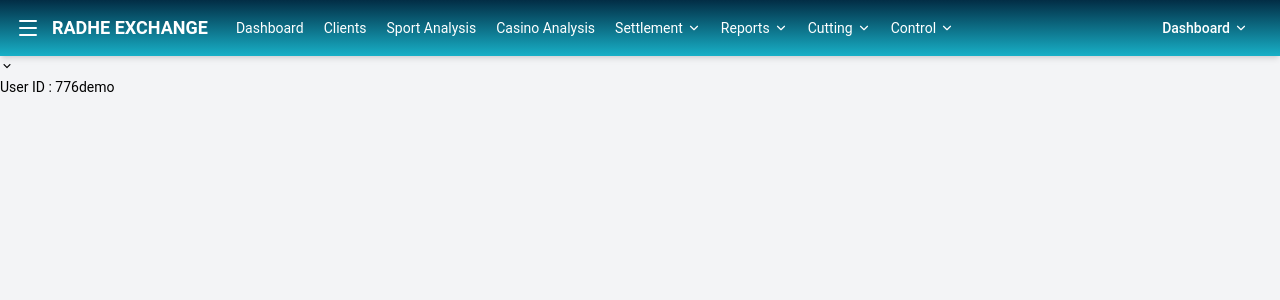
Repository: Habeebur1493/Radhe-Exchange
Page: /dashboard (app in frontend/)
An editor plug-in stored every save of this project. The page is shown before and after the next save, followed by the edit.
The browser window is 1280 px wide. The pictures show the whole page.
Some web libraries are served in a nearby version. The project was rebuilt for these pictures with package versions that can differ from the ones it lists, and the page was loaded fresh each time. Also part of the build but not shown: frontend/vite.config.js, frontend/src/components/login.jsx, frontend/src/components/Register.jsx.

Above is the page before, as saved 2025-03-03 18:15:19.

After the next save:
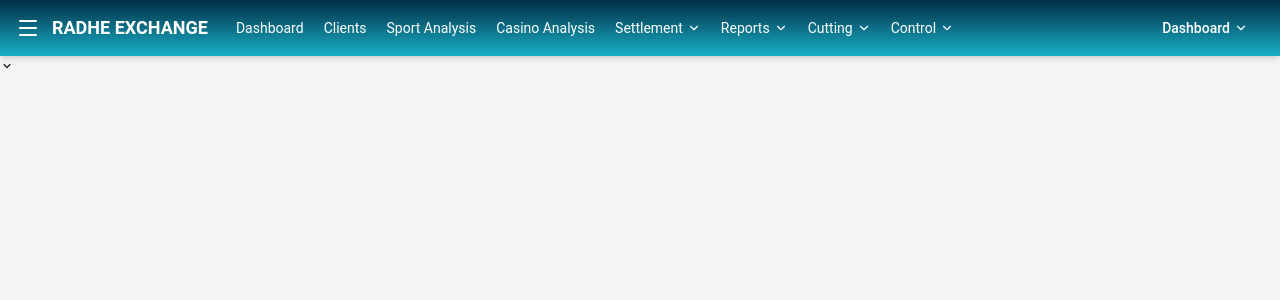
Saved 79 s later.
--- a/frontend/src/components/dashboard.jsx
+++ b/frontend/src/components/dashboard.jsx
@@ -177,9 +177,7 @@ const Dashboard = () => {
         <div>
         <i class="ri-arrow-down-s-line"></i>
             <div>
-                <h4>
-                    User ID : 776demo
-                </h4>
+                <label htmlFor=""></label> <span></span>
             </div>
         </div>
       </header>
